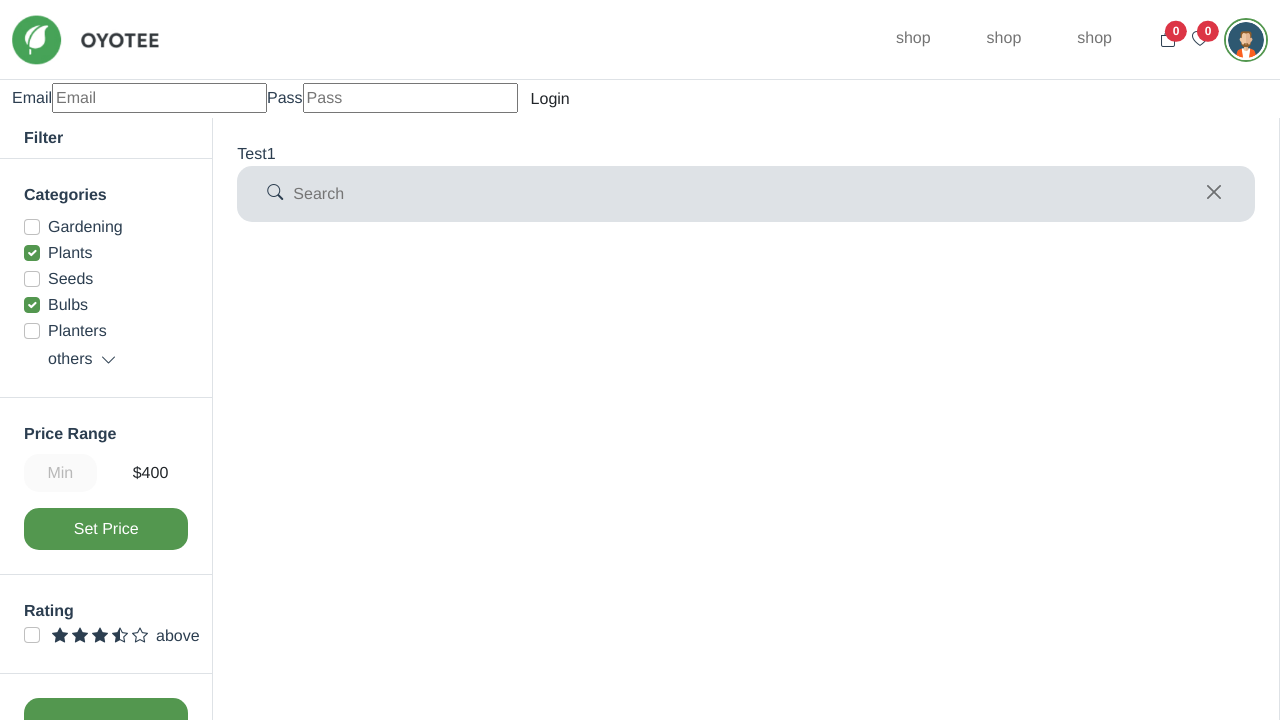
Repository: arpitaWebD/PlantShopping
Page: /
An editor plug-in stored every save of this project. The page is shown before and after a run of saves, followed by the edit.
The browser window is 1280 px wide. The pictures show the whole page.
Some web libraries are served in a nearby version. The project was rebuilt for these pictures with package versions that can differ from the ones it lists, and the page was loaded fresh each time. Imported but missing from the stored project, and not drawn on this page: components/login.vue.

Above is the page before, as saved 2022-01-24 12:36:08.

### index.html
<!DOCTYPE html>
<html lang="en">
<head>
  <meta charset="UTF-8">
  <link rel="icon" href="/favicon.ico" />
  <meta name="viewport" content="width=device-width, initial-scale=1.0">
  <!-- bootstrap -->
  <link href="https://cdn.jsdelivr.net/npm/bootstrap@5.1.3/dist/css/bootstrap.min.css" rel="stylesheet"
    integrity="sha384-1BmE4kWBq78iYhFldvKuhfTAU6auU8tT94WrHftjDbrCEXSU1oBoqyl2QvZ6jIW3" crossorigin="anonymous" />
  <!--icons -->
  <link rel="stylesheet" href="https://cdn.jsdelivr.net/npm/bootstrap-icons@1.7.1/font/bootstrap-icons.css" />
  <link rel="stylesheet" href="./src/index.css">
  <title>Vite App</title>
</head>
<body>
  <div id="app"></div>
  <script src="https://cdn.jsdelivr.net/npm/bootstrap@5.0.2/dist/js/bootstrap.bundle.min.js"
    integrity="sha384-MrcW6ZMFYlzcLA8Nl+NtUVF0sA7MsXsP1UyJoMp4YLEuNSfAP+JcXn/tWtIaxVXM" crossorigin="anonymous"></script>
  <script type="module" src="/src/main.js"></script>
</body>
</html>

### src/App.vue
<template>
  <Navbar />
  <router-view />
</template>

<script>
import Navbar from "./components/Navbar.vue";
export default {
  components: {
    Navbar,
  },
};
</script>

### src/router.js

import { createRouter, createWebHistory } from "vue-router";
import Home from "./views/Home.vue";
import AddCart from "./views/AddToCart.vue";
import WishList from "./views/WishList.vue";
import test1 from "./components/Test/test1.vue";

const routes = [
    {
        path: "/",
        name: "Home",
        component: Home
    },
    {
        path: "/AddCart",
        name: "AddCart",
        component: AddCart
    },
    {
        path: "/WishList",
        name: "WishList",
        component: WishList
    },
    {
        path: "/login",
        name: "test1",
        component: test1
    },
]
const router = createRouter({

    history: createWebHistory(),
    routes
});
export default router

### src/components/Navbar.vue
<template>
  <nav class="navbar navbar-expand-md navbar-light border-bottom header">
    <div class="container-fluid">
      <a class="navbar-brand" href="#">
        <router-link :to="{ name: 'Home' }">
          <img src="../assets/logo.png" alt="logo" class="logo" />
        </router-link>
      </a>
      <button
        class="navbar-toggler"
        type="button"
        data-bs-toggle="collapse"
        data-bs-target="#navbarNavAltMarkup"
      >
        <span class="navbar-toggler-icon"></span>
      </button>
      <div
        class="collapse navbar-collapse justify-content-md-end justify-content-center"
        id="navbarNavAltMarkup"
      >
        <div class="navbar-nav">
          <ul
            class="d-flex flex-column flex-md-row list-unstyled mb-0 h-100 align-items-center n-links"
          >
            <li class="nav-link">shop</li>
            <li class="nav-link">shop</li>
            <li class="nav-link">shop</li>
          </ul>
        </div>
        <div class="d-flex justify-content-center align-items-center">
          <div class="dropdown">
            <router-link :to="{ name: 'AddCart' }">
              <div class="me-3 cart-icon">
                <i class="bi bi-bag fa-2x"></i>
                <span
                  class="position-absolute bottom-0 start-100 translate-middle badge rounded-pill bg-danger"
                  >{{ cart.length }}</span
                >
              </div>
            </router-link>
          </div>
          <div class="me-3">
            <router-link :to="{ name: 'WishList' }">
              <div class="cart-icon">
                <i class="bi bi-heart fa-2x"></i>
                <span
                  class="position-absolute bottom-0 start-100 translate-middle badge rounded-pill bg-danger"
                  >{{ wishList.length }}</span
                >
              </div>
            </router-link>
          </div>
          <div class="avatar-icon">
            <img src="../assets/avatar.png" alt="avatar" width="40" />
          </div>
        </div>
      </div>
    </div>
  </nav>
</template>

<script>
import { mapState, mapMutations } from "vuex";
export default {
  computed: {
    ...mapState(["products", "cart", "wishList"]),
  },
};
</script>

### src/views/Home.vue
<template>
  <div class="addCart-card row p-0 m-0 flex-grow-1 main">
    <Login />
    <LeftSidebar />
    <ProductView />
  </div>
</template>

<script>
import ProductView from "../views/ProductView.vue";
import LeftSidebar from "../views/LeftSidebar.vue";
import Login from "../components/login.vue";
export default {
  name: "Home",
  components: {
    ProductView,
    LeftSidebar,
    Login,
  },
};
</script>

### src/views/ProductView.vue
<template>
  <div class="col-lg-9 col-xl-10 col-md-8 p-0 h-100">
    <div class="row m-0 h-100">
      <div
        class="border-end p-4 h-100 overflow-auto"
        :class="[showPreview ? 'col-md-7 col-lg-8' : 'col-lg-12 col-md-12']"
      >
        <Search />
        <div class="row g-3 m-0">
          <div
            class="col-sm-12 "
            :class="[showPreview ? 'col-md-12 col-xl-6 col-xxl-4' : 'col-md-6 col-lg-4']"
            v-for="(product, index) in filterdState"
            :key="index"
          >
            <Product :products="product" />
          </div>
        </div>
      </div>
      <div class="col-md-5 col-lg-4 p-0" v-show="showPreview">
        <ProductPreview
          v-for="productPreview in productPreviews"
          :key="productPreview.id"
          :productPreviews="productPreview"
        />
      </div>
    </div>
  </div>
</template>

<script>
import Product from "../components/Product.vue";
import ProductPreview from "../components/ProductPreview.vue";
import Search from "../components/Search.vue";
import { mapMutations, mapState,mapGetters } from "vuex";
export default {
  components: {
    Product,
    ProductPreview,
    Search
  },
  computed: {
    ...mapState(["products", "search","showPreview", "productPreviews","filterdState"]),
    ...mapGetters(["getProduct"]),
  },
  methods: {
    ...mapMutations(["productPreview"]),
  },
};
</script>

### src/components/login.vue
<template>
  <form>
    <label>Email</label>
    <input type="text" placeholder="Email" v-model="form.email" />
    <label>Pass</label>
    <input type="password" placeholder="Pass" v-model="form.pass" />
    <button type="button" class="btn">Login</button>
  </form>
</template>

<script>
export default {
  data() {
    return {
      form: {
        email: "",
        pass: "",
      },
    };
  },
};
</script>

<style>
</style>

### src/components/Search.vue
<template>
  <div class="text">Test1</div>
  {{ color }}
  <!-- This works -->
  <div class="search-menu mb-2">
    <div class="d-flex search-icon" :class="{ 'search-icon-round': modal }">
      <span class="me-2"><i class="bi bi-search"></i></span>
      <input
        type="text"
        placeholder="Search"
        v-model="search"
        class="flex-grow-1 border-0"
        @input="getProduct"
        @focus="modal = true"
      />
      <button
        type="button"
        class="btn-close btn-sm btn"
        aria-label="Close"
        @click="close()"
      ></button>
    </div>
    <!--        <div v-if="filterdState && modal" class="search-dropdown">-->
    <!--            <ul v-if="filterdState.length" class="list-unstyled mb-0">-->
    <!--                <li-->
    <!--                        v-for="filterdState in filterdState"-->
    <!--                        :key="filterdState.id"-->
    <!--                        @click="setState(filterdState)"-->
    <!--                >-->
    <!--                    <div class="row">-->
    <!--                        <div class="col-2 d-flex justify-content-center align-items-center">-->
    <!--                            <img :src="filterdState.url" height="80" class="rounded-3" />-->
    <!--                        </div>-->
    <!--                        <div class="d-flex flex-column col-10">-->
    <!--                            <span class="fw-bold">{{ filterdState.name }}</span>-->
    <!--                            <span> {{ filterdState.shortdesc }}</span>-->
    <!--                            <span class="fw-bold">₹ {{ filterdState.price }}</span>-->
    <!--                        </div>-->
    <!--                    </div>-->
    <!--                </li>-->
    <!--            </ul>-->
    <!--            <ul v-else class="list-unstyled mb-0">-->
    <!--                <li class="text-center fw-bold">No results...</li>-->
    <!--            </ul>-->
    <!--        </div>-->
  </div>
</template>

<script>
import { mapGetters, mapState, mapMutations } from "vuex";
export default {
  data() {
    return {
      search: "",
    };
  },
  computed: {
    ...mapState([
      "products",
      "search",
      "showPreview",
      "productPreviews",
      "filterdState",
    ]),
  },
  methods: {
    filterProduct: function () {
      return this.products.filter((product) => {
        var productName = product.name.toLowerCase();
        var searchName = this.search.toLowerCase();
        return productName.includes(searchName);
      });
    },
  },
};
</script>

### src/views/AddToCart.vue
<template>
  <div class="addCart-card">
    <div class="h-100 overflow-auto" v-if="cart.length > 0">
      <div class="product-detail">
        <div class="row g-3 m-0 px-4 pb-3">
          <h3 class="mb-2 fw-bold">My Cart:</h3>
          <div class="col-sm-12" v-for="product in cart" :key="product">
            <div class="product-card p-4 border row add-product">
              <div class="col-sm-12 col-md-2 img-section text-center">
                <img :src="product.url" alt="product img" height="90" />
              </div>
              <div class="col-sm-12 col-md-4 d-flex align-items-center">
                <div class="text-start fw-bold">
                  {{ product.name }}
                </div>
              </div>
              <div
                class="col-sm-12 col-md-6 d-flex flex-column flex-sm-row align-items-center justify-content-between"
              >
                <div
                  class="d-flex flex-row flex-sm-column me-2 align-items-center"
                >
                  <span class="price-name me-2">Qty</span>
                  <div class="d-flex">
                    <button @click="removeQty(product)" class="btn btn-success">
                      -
                    </button>
                    <div class="mx-2 w-50">
                      <input
                        type="number"
                        class="form-control"
                        :value="product.qty"
                      />
                    </div>
                    <button @click="addQty(product)" class="btn btn-success">
                      +
                    </button>
                  </div>
                </div>
                <div
                  class="d-flex flex-row flex-sm-column align-items-center me-0 me-sm-2"
                >
                  <span class="price-name me-2">Total</span>
                  <span
                    ><b> {{ product.tprice }}</b></span
                  >
                </div>

                <div
                  class="d-flex flex-row flex-sm-column me-0 me-sm-2 align-items-center"
                >
                  <span class="price-name me-2">Price</span>
                  <span
                    ><b>₹ {{ product.price }}</b></span
                  >
                </div>
                <div>
                  <button
                    v-if="cart"
                    class="btn secondary-btn"
                    type="button"
                    @click="removeToCart(product)"
                  >
                    Remove to cart
                  </button>
                </div>
              </div>
            </div>
          </div>
        </div>
      </div>
      <div class="p-4 border-top">
        <div><b>Total Price:</b> {{ getTotalPrice }}</div>
        <div><b>Total Items:</b> {{ getItems }}</div>
      </div>
    </div>
    <div v-else class="h-100 d-flex align-items-center justify-content-center">
      <img src="../assets/empty-cart.png" alt="empty cart" />
    </div>
  </div>
</template>

<script>
import { mapState, mapMutations, mapGetters } from "vuex";
export default {
  name: "AddCart",

  computed: {
    ...mapState(["products", "cart", "tPrice", "totalamount", "qtyValue"]),
    ...mapGetters(["getTotalPrice", "getItems"]),
  },
  methods: {
    ...mapMutations(["removeToCart", "totalAmount", "addQty", "removeQty"]),
  },
};
</script>
<style scoped></style>

### src/views/WishList.vue
<template>
  <div class="addCart-card">
    <div class="h-100 overflow-auto" v-if="wishList.length > 0">
      <div class="row g-3 m-0 px-4 pb-3">
        <h3 class="mb-2 fw-bold">My WishList:</h3>
        <div class="col-sm-12" v-for="product in wishList" :key="product">
          <div class="product-card p-4 border row add-product">
            <div class="col-sm-12 col-md-2 img-section text-center">
              <img :src="product.url" alt="product img" height="90" />
            </div>
            <div class="col-sm-12 col-md-5 d-flex align-items-center">
              <div class="text-start fw-bold">
                {{ product.name }}
              </div>
            </div>
            <div
              class="col-sm-12 col-md-5 d-flex flex-column flex-sm-row align-items-center justify-content-between"
            >
              <div class="d-flex flex-column">
                <span class="price-name">Price</span>
                <span
                  ><b>₹ {{ product.price }}</b></span
                >
              </div>
              <div>
                <button
                  v-if="cart"
                  class="btn secondary-btn"
                  type="button"
                  @click="addToCart(product)"
                >
                  Add to cart
                </button>
              </div>
            </div>
          </div>
        </div>
      </div>
    </div>
    <div v-else class="h-100 d-flex align-items-center justify-content-center">
      <img src="../assets/no_wish_list.png" alt="empty wishlist" />
    </div>
  </div>
</template>

<script>
import { mapState, mapMutations } from "vuex";
export default {
  name: "WishList:",

  computed: {
    ...mapState(["products", "wishList"]),
  },
  methods: {
    ...mapMutations(["addToCart"]),
  },
};
</script>
<style scoped></style>

### src/components/Test/test1.vue
<template>
  <div class="text">Test1</div>
  {{ color }} <!-- This works -->
</template>

<script>
  export default {
    data() {
      return {
        color: 'blue',
      }
    }
  }
</script>

<style scoped>
  .text {
    color: v-bind(color); /* This works */
    font-size: 20px; /* This works */
  }
</style>

### src/components/Product.vue
<template>
  <div class="product-card p-4 border my-2">
    <div class="img-section text-center">
      <img
        :src="products.url"
        alt="product img"
        @click="productPreview(products)"
      />
      <div class="like-icon" @click="addToWishlist(products)">
        <i
          class="bi"
          :class="[
            !products.likeProductq ? 'bi-heart' : 'bi-heart-fill fav-icon',
          ]"
        ></i>
      </div>
    </div>
    <div class="mt-2">
      <div class="text-start fw-bold">
        {{ products.name }}
      </div>
      <div class="d-flex mt-1">
        <div class="d-flex">
          <span class="ms-1"><i class="bi bi-star-fill"></i></span>
          <span class="ms-1"><i class="bi bi-star-fill"></i></span>
          <span class="ms-1"><i class="bi bi-star-fill"></i></span>
          <span class="ms-1"><i class="bi bi-star-half"></i></span>
          <span class="ms-1"><i class="bi bi-star"></i></span>
        </div>
        <span class="ms-2">({{ products.reviewCount }})</span>
      </div>
    </div>
    <div class="d-flex align-items-center justify-content-between mt-3">
      <div class="d-flex flex-column">
        <span class="price-name">Price</span>
        <span
          ><b>₹ {{ products.price }}</b></span
        >
      </div>
      <div>
        <button
          class="btn secondary-btn"
          type="button"
          @click="addToCart(products)"
        >
          Add to cart
        </button>
      </div>
    </div>
  </div>
</template>

<script>
import { mapState, mapMutations } from "vuex";
export default {
  computed: {
    ...mapState(["products", "cart", "wishList", "wishlistProductt"]),
  },
  methods: {
    ...mapMutations([
      "addToCart",
      "likeProduct",
      "addToWishlist",
      "productPreview",
    ]),
  },
  props: ["products"],
};
</script>

### src/components/ProductPreview.vue
<template>
  <div class="right-sidebar p-4">
    <div class="flex-grow-1 h-100 pb-5">
      <div class="rs-img-section">
        <span class="rs-close" @click="clsoePreview"
          ><i class="bi bi-x"></i
        ></span>
        <div class="text-center">
          <img
            class="img-fluid img-section"
            :src="productPreviews.url"
            alt="product"
            height="250"
          />
        </div>

        <div class="rs-slider d-flex mt-4">
          <div class="rs-slider-img mx-2">
            <img src="../assets/slider-1.jpg" alt="slider1" />
          </div>
          <div class="rs-slider-img mx-2">
            <img src="../assets/slider-1.jpg" alt="slider1" />
          </div>
          <div class="rs-slider-img mx-2">
            <img src="../assets/slider-1.jpg" alt="slider1" />
          </div>
          <div class="rs-slider-img mx-2">
            <img src="../assets/slider-4.jpg" alt="slider1" />
          </div>
        </div>
      </div>
      <div class="mt-3">
        <span class="main-title">{{ productPreviews.name }}</span>
        <p class="main-subtitle">
          {{ productPreviews.subname }}
        </p>
      </div>
      <div>
        <div class="d-flex">
          <div class="w-50 tab tab-active">details</div>
          <div class="w-50 tab">
            reviewes({{ productPreviews.reviewCount }})
          </div>
        </div>
        <div v-show="tabDetails">details tab content</div>
        <div v-show="tabReviews">review tab content</div>
      </div>
    </div>
    <div class="rs-footer py-3 d-flex align-items-center">
      <div class="me-3 like-icon cursor-pointer" @click="addToWishlist(productPreviews)">
        <i
          class="bi"
          :class="[
            !productPreviews.likeProductq
              ? 'bi-heart'
              : 'bi-heart-fill fav-icon',
          ]"
        ></i>
      </div>
      <div class="flex-grow-1">
        <button
          class="btn primary-btn"
          type="button"
          @click="addToCart(productPreviews)"
        >
          <span>₹{{ productPreviews.price }}</span>
          <span>-Add to cart</span>
        </button>
      </div>
    </div>
  </div>
</template>

<script>
import { mapMutations } from "vuex";
export default {
  methods: {
    ...mapMutations(["clsoePreview", "addToCart","addToWishlist"]),
  },
  props: ["productPreviews"],
};
</script>

Loaded but not shown: src/main.js (214 lines, source omitted); src/index.css (423 lines, source omitted); src/views/LeftSidebar.vue (124 lines, source omitted)

After the next 2 saves:
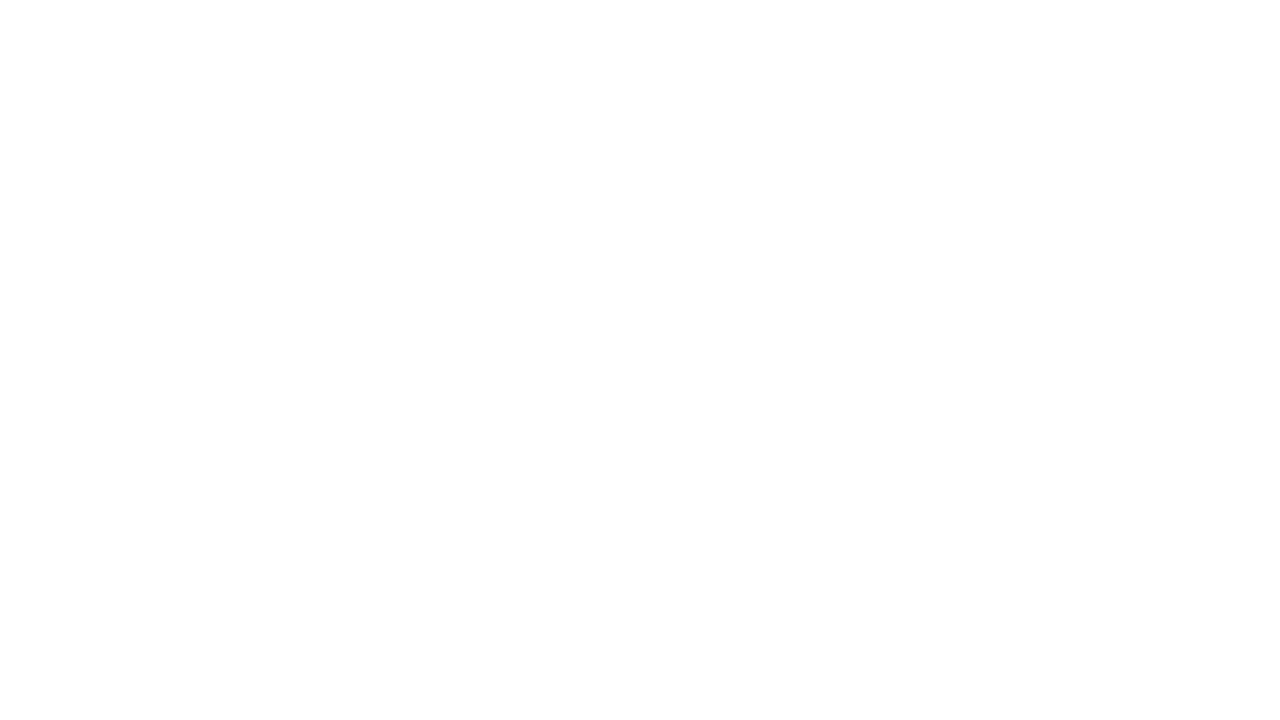
Console error: ReferenceError: Login is not defined
The 2 saves are shown as one change because they came seconds apart.
The last was saved 11 s later.
--- a/src/router.js
+++ b/src/router.js
@@ -23,8 +23,8 @@ const routes = [
     },
     {
         path: "/login",
-        name: "test1",
-        component: test1
+        name: "login",
+        component: Login
     },
 ]
 const router = createRouter({

After the save that followed:
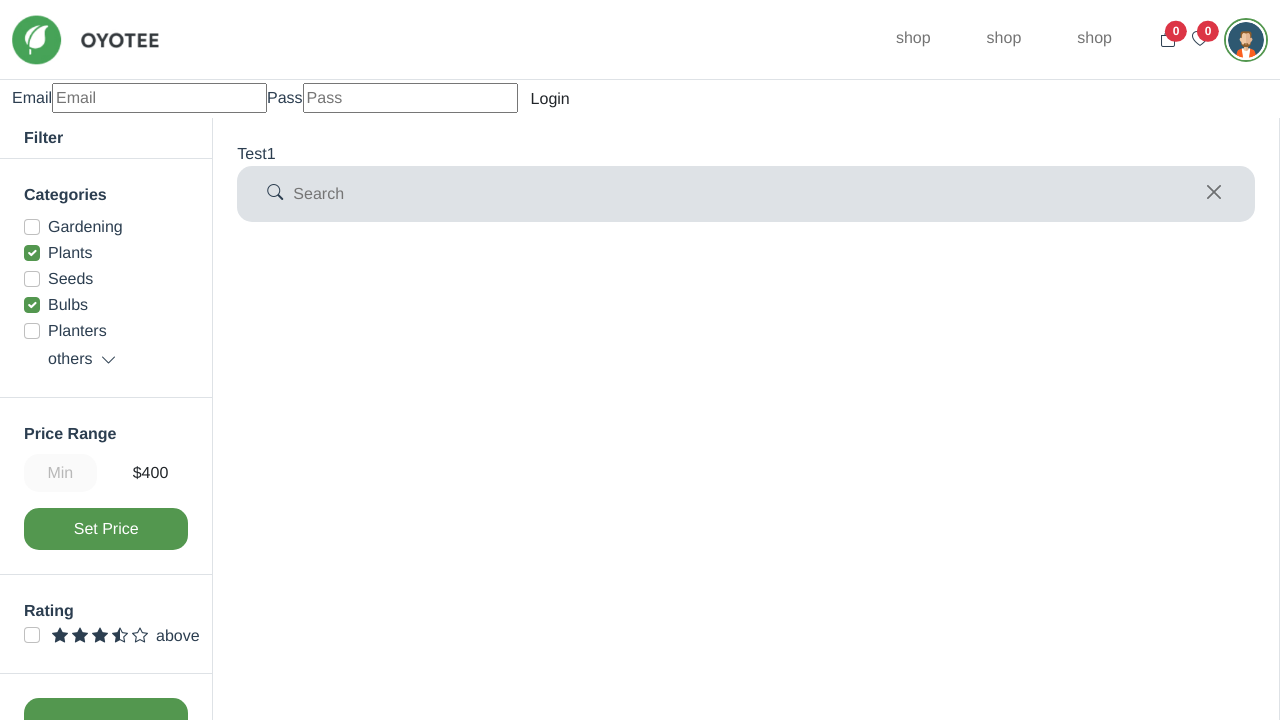
The error is gone.
Saved 8 s later.
--- a/src/router.js
+++ b/src/router.js
@@ -3,7 +3,7 @@ import { createRouter, createWebHistory } from "vue-router";
 import Home from "./views/Home.vue";
 import AddCart from "./views/AddToCart.vue";
 import WishList from "./views/WishList.vue";
-import test1 from "./components/Test/test1.vue";
+import Login from "../components/login.vue";
 
 const routes = [
     {
